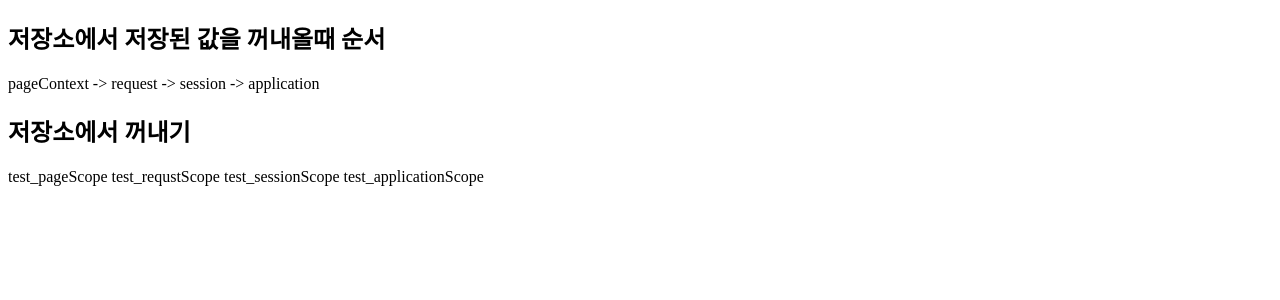
Repository: mvcfvsgdj/javaee
Page: http://localhost/ELprj0908/el5
The author's editor kept a copy of each file at every save. The page is drawn from the files as they stood at one save, then again after the next save.
The browser window is 1280 px wide. The pictures show the whole page.
The page is served by Tomcat 9. Other server files are loaded and not shown.

Above is the page before, as saved 2023-09-08 02:07:58.

### ELprj0908/src/main/webapp/WEB-INF/views/el5.jsp
<%@ page language="java" contentType="text/html; charset=UTF-8"
    pageEncoding="UTF-8"%>
    <%@ taglib uri="http://java.sun.com/jsp/jstl/core" prefix="c" %>
<!DOCTYPE html>
<html>
<head>
<meta charset="UTF-8">
<title>Insert title here</title>
</head>
<body>

<h2>저장소에서 저장된 값을 꺼내올때 순서</h2>
pageContext -> request -> session -> application

<h2> 저장소에서 꺼내기 </h2>
<%

pageContext.setAttribute("test", "test_pageScope");
request.setAttribute("test", "test_requstScope");
session.setAttribute("test", "test_sessionScope");
application.setAttribute("test", "test_applicationScope");
%>

${test}

${requestScope.test}
${sessionScope.test}
${applicationScope.test}
</body>
</html>

### ELprj0908/src/main/java/elprj/El5.java
package elprj;

import java.io.IOException;

import javax.servlet.ServletException;
import javax.servlet.annotation.WebServlet;
import javax.servlet.http.HttpServlet;
import javax.servlet.http.HttpServletRequest;
import javax.servlet.http.HttpServletResponse;

@WebServlet("/el5")
public class El5 extends HttpServlet{

	@Override
	protected void doGet(HttpServletRequest req, HttpServletResponse resp) throws ServletException, IOException {

		req.setAttribute("data", "hi el");
	req.getRequestDispatcher("WEB-INF/views/el5.jsp").forward(req, resp);
	}
}

After the next save:
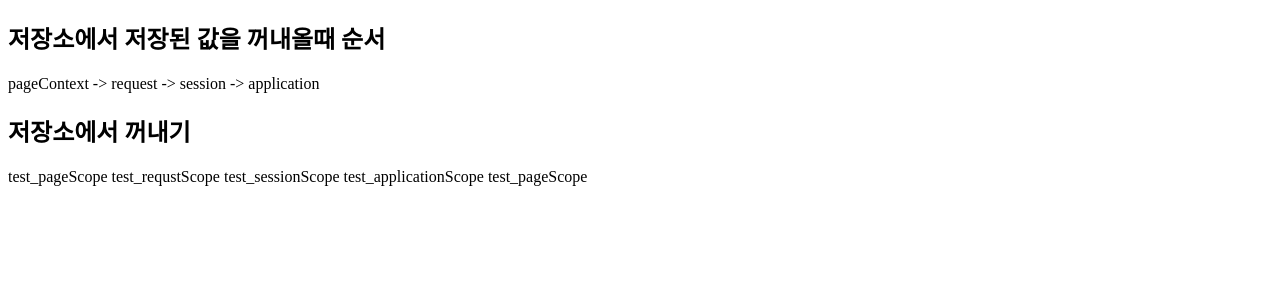
Saved 17 s later.
--- a/ELprj0908/src/main/webapp/WEB-INF/views/el5.jsp
+++ b/ELprj0908/src/main/webapp/WEB-INF/views/el5.jsp
@@ -26,5 +26,6 @@ ${test}
 ${requestScope.test}
 ${sessionScope.test}
 ${applicationScope.test}
+${pageScope.test }
 </body>
 </html>
